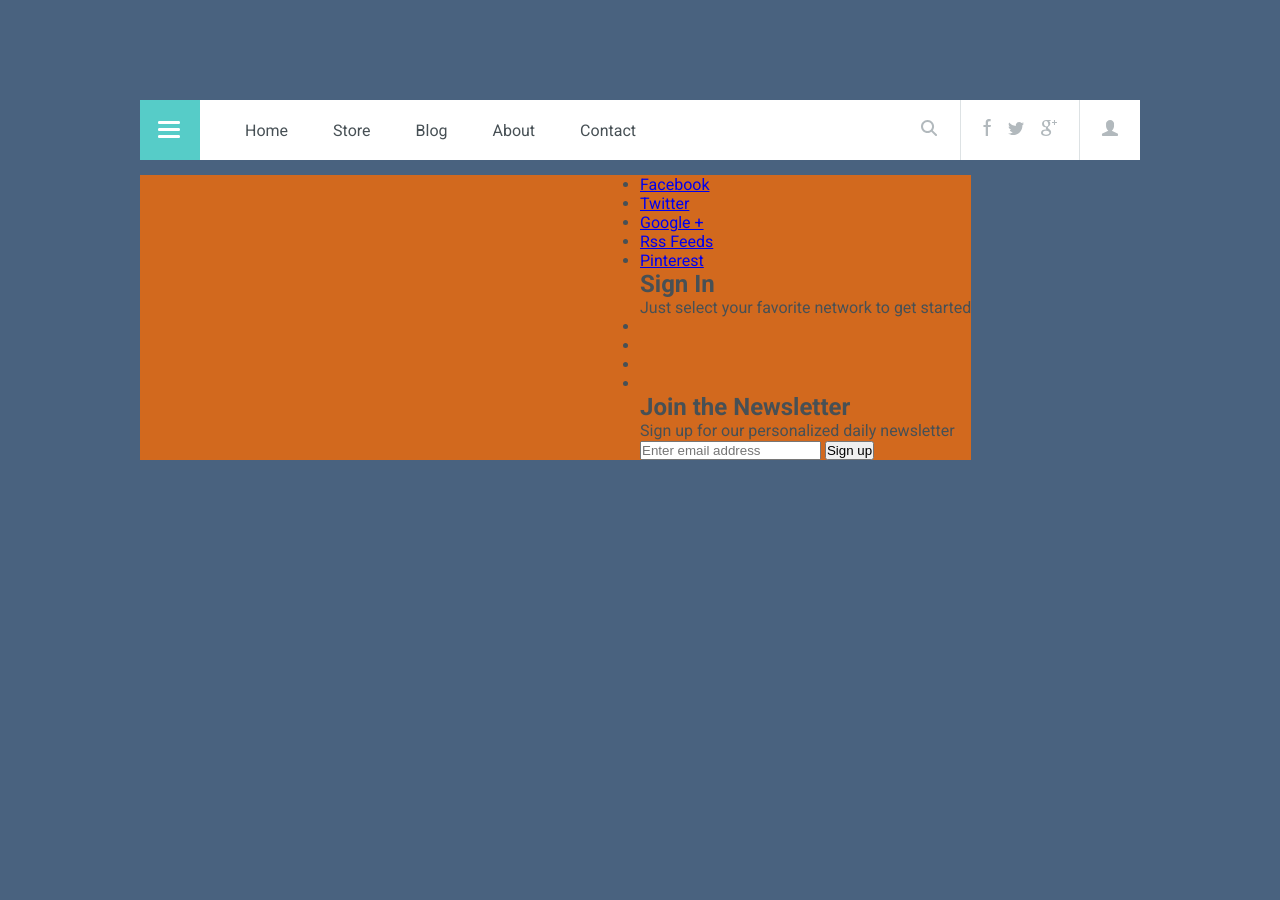
Repository: pawelczubak/WeeklyWebDevChallenge
Page: Challenge_4/index.html
These files come from the project's save history. The page is drawn as it stood at one moment and after the next save; the edit follows.
The browser window is 1280 px wide. The pictures show the whole page.
Some web libraries are served in a nearby version.

Above is the page before, as saved 2020-04-27 19:33:29.

### Challenge_4/index.html
<!DOCTYPE html>
<html lang="en">

<head>
    <meta charset="UTF-8">
    <meta name="viewport" content="width=device-width, initial-scale=1.0">

    <title>Weekly WebDev Challenge - 4</title>

    <link href="https://fonts.googleapis.com/css2?family=Roboto:wght@300;400;700&display=swap" rel="stylesheet">
    <script src="https://kit.fontawesome.com/f64caa1a2c.js" crossorigin="anonymous"></script>

    <meta name="viewport" content="width = device-width, initial-scale=1, user-scalable=yes">
    <link rel="stylesheet" href="css/main.css">
</head>

<body>
    <div class="container">
        <!--  -----  NAVIGATION START  -----  -->
        <nav class="nav">
            <div class="nav-button">

                <svg xmlns="http://www.w3.org/2000/svg" xmlns:xlink="http://www.w3.org/1999/xlink" width="0.24in"
                    height="0.18in">
                    <path fill-rule="evenodd" fill="rgb(255, 255, 255)"
                        d="M20.653,17.008 L1.347,17.008 C0.603,17.008 -0.000,16.417 -0.000,15.690 L-0.000,15.372 C-0.000,14.644 0.603,14.055 1.347,14.055 L20.653,14.055 C21.397,14.055 22.000,14.644 22.000,15.372 L22.000,15.690 C22.000,16.417 21.397,17.008 20.653,17.008 ZM20.653,9.980 L1.347,9.980 C0.603,9.980 -0.000,9.390 -0.000,8.662 L-0.000,8.344 C-0.000,7.617 0.603,7.027 1.347,7.027 L20.653,7.027 C21.397,7.027 22.000,7.617 22.000,8.344 L22.000,8.662 C22.000,9.390 21.397,9.980 20.653,9.980 ZM20.653,2.952 L1.347,2.952 C0.603,2.952 -0.000,2.362 -0.000,1.635 L-0.000,1.317 C-0.000,0.589 0.603,-0.001 1.347,-0.001 L20.653,-0.001 C21.397,-0.001 22.000,0.589 22.000,1.317 L22.000,1.635 C22.000,2.362 21.397,2.952 20.653,2.952 Z" />
                </svg>

            </div>
            <ul class="nav-list">
                <li class="nav-list__item"><a href="#" class="nav-list__link">Home</a></li>
                <li class="nav-list__item"><a href="#" class="nav-list__link">Store</a></li>
                <li class="nav-list__item"><a href="#" class="nav-list__link">Blog</a></li>
                <li class="nav-list__item"><a href="#" class="nav-list__link">About</a></li>
                <li class="nav-list__item"><a href="#" class="nav-list__link">Contact</a></li>
            </ul>
            <div class="nav-icons">
                <div class="nav-icons__search">
                    <a href="#" class="nav-link__icon">
                        <svg xmlns="http://www.w3.org/2000/svg" xmlns:xlink="http://www.w3.org/1999/xlink"
                            width="0.18in" height="0.17in">
                            <path class="nav-icons__svg" fill-rule="evenodd" fill="rgb(178, 185, 189)"
                                d="M15.728,14.309 L11.786,10.388 C12.600,9.303 13.088,7.963 13.088,6.504 C13.088,2.908 10.157,-0.006 6.541,-0.006 C2.926,-0.006 -0.005,2.908 -0.005,6.504 C-0.005,10.100 2.926,13.014 6.541,13.014 C7.963,13.014 9.275,12.558 10.349,11.793 L14.304,15.726 C14.697,16.117 15.335,16.117 15.728,15.726 C16.121,15.335 16.121,14.700 15.728,14.309 ZM6.541,11.011 C4.038,11.011 2.009,8.994 2.009,6.504 C2.009,4.015 4.038,1.996 6.541,1.996 C9.044,1.996 11.073,4.015 11.073,6.504 C11.073,8.994 9.044,11.011 6.541,11.011 Z" />
                        </svg>
                    </a>
                </div>
                <ul class="nav-icons__social-list">
                    <li class="nav-icons__social-icons">
                        <a href="#" class="nav-link__icon">
                            <svg xmlns="http://www.w3.org/2000/svg" xmlns:xlink="http://www.w3.org/1999/xlink"
                                width="0.09in" height="0.18in">
                                <path class="nav-icons__svg" fill-rule="evenodd" fill="rgb(178, 185, 189)"
                                    d="M7.672,0.063 L6.069,0.063 C6.069,0.063 2.724,-0.188 2.724,3.338 C2.724,4.092 2.724,6.011 2.724,6.011 L0.453,6.011 L0.459,7.910 L2.723,7.910 L2.725,17.002 L5.000,17.002 L5.000,7.910 L7.507,7.910 L8.042,6.011 L5.013,6.011 L5.013,3.266 C5.013,3.266 4.988,2.341 6.072,2.341 L7.662,2.341 L7.672,0.063 Z" />
                            </svg>
                        </a>
                    </li>
                    <li class="nav-icons__social-icons">
                        <a href="#" class="nav-link__icon">
                            <svg xmlns="http://www.w3.org/2000/svg" xmlns:xlink="http://www.w3.org/1999/xlink"
                                width="0.17in" height="0.14in">
                                <path class="nav-icons__svg" fill-rule="evenodd" fill="rgb(178, 185, 189)"
                                    d="M16.027,1.547 C15.437,1.809 14.803,1.985 14.138,2.065 C14.817,1.659 15.338,1.015 15.584,0.250 C14.949,0.625 14.245,0.898 13.497,1.046 C12.897,0.408 12.043,0.009 11.097,0.009 C9.282,0.009 7.810,1.478 7.810,3.291 C7.810,3.547 7.839,3.799 7.895,4.039 C5.163,3.901 2.741,2.595 1.119,0.611 C0.837,1.095 0.674,1.658 0.674,2.259 C0.674,3.398 1.255,4.402 2.137,4.990 C1.598,4.974 1.091,4.825 0.648,4.579 C0.647,4.593 0.647,4.606 0.647,4.621 C0.647,6.211 1.781,7.537 3.285,7.838 C3.009,7.913 2.718,7.953 2.418,7.953 C2.207,7.953 2.000,7.933 1.800,7.894 C2.218,9.198 3.432,10.147 4.871,10.172 C3.746,11.053 2.328,11.578 0.788,11.578 C0.523,11.578 0.261,11.562 0.004,11.531 C1.459,12.462 3.187,13.006 5.043,13.006 C11.089,13.006 14.395,8.006 14.395,3.671 C14.395,3.529 14.393,3.387 14.387,3.246 C15.029,2.783 15.586,2.206 16.027,1.547 Z" />
                            </svg>
                        </a>
                    </li>
                    <li class="nav-icons__social-icons">
                        <a href="#" class="nav-link__icon">
                            <svg xmlns="http://www.w3.org/2000/svg" xmlns:xlink="http://www.w3.org/1999/xlink"
                                width="0.18in" height="0.18in">
                                <path class="nav-icons__svg" fill-rule="evenodd" fill="rgb(178, 185, 189)"
                                    d="M15.006,4.015 L15.006,5.999 L13.966,5.999 L13.966,4.015 L11.997,4.015 L11.997,3.013 L13.966,3.013 L13.966,0.971 L15.006,0.971 L15.006,3.013 L17.010,3.013 L17.010,4.015 L15.006,4.015 ZM8.900,2.055 C9.780,2.557 10.247,3.589 10.247,4.730 C10.247,5.777 9.666,6.620 8.845,7.259 C8.043,7.884 7.891,8.145 7.891,8.676 C7.891,9.129 8.849,9.803 9.290,10.132 C10.823,11.279 11.112,12.000 11.134,13.433 C11.162,15.338 9.199,17.001 6.054,17.001 C3.294,17.001 0.982,15.749 0.982,13.959 C0.982,11.258 2.897,10.385 5.657,10.385 C5.958,10.385 6.233,10.377 6.518,10.377 C6.141,10.013 5.836,9.697 5.836,9.144 C5.836,8.815 5.940,8.501 6.087,8.221 C5.938,8.231 5.785,8.241 5.627,8.241 C3.360,8.241 2.041,6.653 2.041,4.664 C2.041,2.715 4.050,0.969 6.459,0.969 C7.701,0.969 11.208,0.969 11.208,0.969 L10.147,2.055 L8.900,2.055 ZM6.121,11.642 C4.364,11.642 2.912,12.300 2.912,13.538 C2.912,14.799 4.207,15.828 5.999,15.828 C8.520,15.828 9.398,14.865 9.398,13.601 C9.398,13.449 9.394,13.295 9.341,13.156 C8.733,11.642 6.774,11.642 6.121,11.642 ZM8.249,4.923 C8.040,3.342 7.249,2.152 6.035,2.115 C4.820,2.079 3.755,3.182 3.966,4.764 C4.175,6.348 5.330,7.409 6.545,7.446 C7.760,7.481 8.458,6.507 8.249,4.923 Z" />
                            </svg>
                        </a>
                    </li>
                </ul>
                <div class="nav-icons__acount">
                    <a href="#" class="nav-link__icon">
                        <svg xmlns="http://www.w3.org/2000/svg" xmlns:xlink="http://www.w3.org/1999/xlink"
                            width="0.182in" height="0.18in">
                            <path class="nav-icons__svg" fill-rule="evenodd" fill="rgb(178, 185, 189)"
                                d="M15.993,17.030 L1.963,17.030 C1.394,17.030 0.932,16.569 0.932,15.999 L0.932,15.405 C0.932,14.535 1.963,14.374 1.963,14.374 L7.322,11.719 C5.880,10.561 5.056,8.283 5.056,7.156 L5.056,4.578 C5.056,2.871 6.903,0.969 9.181,0.969 C11.459,0.969 13.024,2.871 13.024,4.578 L13.024,7.156 C13.024,8.394 12.208,10.604 10.779,11.729 L15.993,14.374 C15.993,14.374 17.024,14.551 17.024,15.405 L17.024,15.999 C17.024,16.569 16.562,17.030 15.993,17.030 Z" />
                        </svg>
                    </a>
                </div>
            </div>
        </nav>

        <!--  -----  NAVIGATION END  -----  -->

        <!--  -----  MAIN START  -----  -->
        <main class="main">
            <!--  -----  MENU SECTION START  -----  -->
            <section class="menu-section"></section>
            <!--  -----  MENU SECTION END  -----  -->

            <!--  -----  SOCIAL SECTION START  -----  -->
            <section class="social-section">
                <article class="social-section__socials-container">
                    <ul class="socials-container__socials-list">
                        <li class="socials-container__socials-items">
                            <a href="#" class="socials-container__socials-link">Facebook</a>
                        </li>
                        <li class="socials-container__socials-items">
                            <a href="#" class="socials-container__socials-link">Twitter</a>
                        </li>
                        <li class="socials-container__socials-items">
                            <a href="#" class="socials-container__socials-link">Google +</a>
                        </li>
                        <li class="socials-container__socials-items">
                            <a href="#" class="socials-container__socials-link">Rss Feeds</a>
                        </li>
                        <li class="socials-container__socials-items">
                            <a href="#" class="socials-container__socials-link">Pinterest</a>
                        </li>
                    </ul>
                    <div class="socials-container__follow-items">
                        <div class="socials-container__facebook-widget"></div>
                        <div class="socials-container__twitter-widget"></div>
                    </div>
                </article>
                <article class="social-section__sign-in">
                    <h2 class="socials-container__header">Sign In</h2>
                    <p class="sign-in__paragraph">Just select your favorite network to get started</p>
                    <ul class="sign-in__list">
                        <li class="sign-in__item"><a href="#" class="sign-in__link"></a></li>
                        <li class="sign-in__item"><a href="#" class="sign-in__link"></a></li>
                        <li class="sign-in__item"><a href="#" class="sign-in__link"></a></li>
                        <li class="sign-in__item"><a href="#" class="sign-in__link"></a></li>
                    </ul>
                </article>
                <article class="social-section__newsletter">
                    <h2 class="socials-container__header">Join the Newsletter</h2>
                    <p class="newsletter__paragraph">Sign up for our personalized daily newsletter</p>
                    <form action="GET" class="newsletter__form">
                        <input placeholder="Enter email address" type="email" name="email" required
                            class="newsletter__input" autocomplete="off" />
                        <button class="newsletter__button" formenctype="multipart/form-data" type="submit">Sign
                            up</button>
                    </form>
                </article>
            </section>
            <!--  -----  SOCIAL SECTION END  -----  -->
        </main>
        <!--  -----  MAIN END  -----  -->


    </div>

    <script src="js/main.js" type="text/javascript"></script>
</body>

</html>

### Challenge_4/css/main.css
*,
*::after,
*::before {
    box-sizing: border-box;
    margin: 0;
    padding: 0;
}

/*------------------  GLOBAL START  ------------------*/
body {
    margin: 0;
    padding: 0;
    font: 16px 'Roboto', sans-serif;
    color: #475055;
    background-color: #49627f;
}

.container {
    max-width: 1000px;
    min-height: 700px;
    margin: 100px auto;
    overflow: hidden;
}

/*------------------  GLOBAL END  ------------------*/
/*------------------  NAV START  ------------------*/
.nav {
    position: relative;
    display: flex;
    justify-content: left;
    width: 100%;
    height: 60px;
    background-color: #ffffff;
    margin-bottom: 15px;
}

.nav-button {
    display: flex;
    align-items: center;
    justify-content: center;
    background-color: #56ccc8;
    width: 60px;
    cursor: pointer;
    pointer-events: none;
}

.nav-button:hover {
    background-color: #56ddd8;
}

.nav-list {
    display: flex;
    list-style: none;

}

.nav-list__item {
    padding-left: 45px;
    display: flex;
    align-items: center
}

.nav-list__link {
    text-decoration: none;
    color: #475055;
}

.nav-list__link:hover {
    color: #56ccc8;
}

.nav-icons {
    display: flex;
    align-items: center;
    margin-left: auto;
}

.nav-icons__search {
    width: 60px;
    display: flex;
    justify-content: center;
}

.nav-link__icon {}

.nav-icons__social-list {
    position: relative;
    display: flex;
    height: 100%;
    justify-content: space-around;
    align-items: center;
    width: 120px;
    padding: 0 15px;
}

.nav-icons__social-list::before,
.nav-icons__social-list::after {
    position: absolute;
    content: '';
    top: 0;
    height: 100%;
    width: 1px;
    background-color: #dde2e4;
}

.nav-icons__social-list::after {
    left: 0;
}

.nav-icons__social-list::before {
    right: 0;
}

.nav-icons__social-icons {
    list-style: none;
}

.nav-icons__acount {
    width: 60px;
    display: flex;
    justify-content: center;
}

.nav-link__icon:hover .nav-icons__svg {
    fill: #152840;
}

/*------------------  NAV END  ------------------*/
/*------------------  MAIN START  ------------------*/
.main {
    display: flex;

    width: 100%;

}

/*------------------  MENU SECTION START  ------------------*/
.menu-section {
    width: 50%;
    /*    !!!!!!!!!!  ONLY FOR TEST !!!!!! */
    heignt: 500px;
    background-color: chocolate;
}

/*------------------  MENU SECTION END  ------------------*/
/*------------------  SOCIAL SECTION START  ------------------*/
.social-section {
    background-color: chocolate;

}

/*------------------  SOCIAL SECTION END  ------------------*/

/*------------------  MAIN END  ------------------*/

/*------------------  MEDIAQUERY START  ------------------*/

@media screen and (max-width: 1024px) {
    .container {
        max-width: 95%;
    }
}

@media screen and (max-width: 800px) {
    .container {
        margin: 15px auto;
    }

    /*------------------  NAV START  ------------------*/
    .nav-button {
        pointer-events: all;
    }

    .nav-list {
        position: absolute;
        flex-direction: column;
        background-color: #ffffff;
        width: 50%;
        top: 60px;
        left: 0;
        height: 500px;
        justify-content: space-around;
        align-items: center;
        transform: translateX(-101%);
        transition: all 0.2s ease-in;
    }

    .nav-list__item {
        opacity: 0;
        padding: 0;
    }

    /*------------------  NAV END  ------------------*/
}

.nav-list--active {
    transform: translateX(0%);
}

/*------------------  MEDIAQUERY END  ------------------*/

/*------------------  ANIMATIONS  ------------------*/
@keyframes navLinkFade {
    from {
        opacity: 0;
        transform: translateX(-50px);
    }

    to {
        opacity: 1;
        transform: translateX(0px);
    }
}

### Challenge_4/js/main.js
const navSlide = () => {
    const burger = document.querySelector('.nav-button');
    const nav = document.querySelector('.nav-list');
    const navLinks = document.querySelectorAll('.nav-list__item');



    burger.addEventListener('click', () => {
        //Toggle nav
        nav.classList.toggle('nav-list--active');

        //Animate links
        navLinks.forEach((link, index) => {
            if (link.style.animation) {
                link.style.animation = ''
            } else {
                link.style.animation = `navLinkFade 0.5s ease forwards ${index / 7 + 0.2}s`;
            }

        });
    });


}

navSlide();

After the next save:
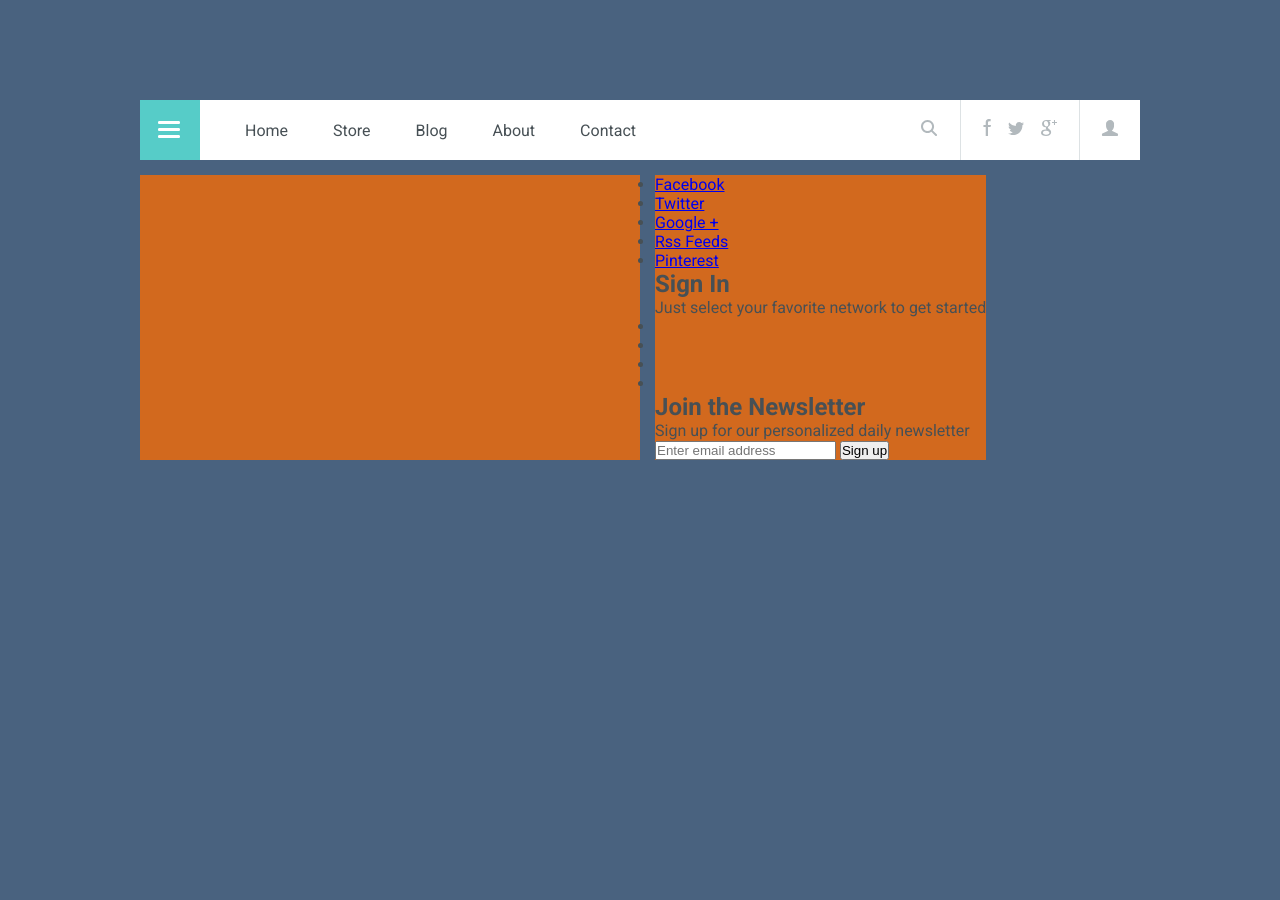
Saved 75 s later.
--- a/Challenge_4/css/main.css
+++ b/Challenge_4/css/main.css
@@ -145,6 +145,7 @@ body {
 /*------------------  MENU SECTION END  ------------------*/
 /*------------------  SOCIAL SECTION START  ------------------*/
 .social-section {
+    margin-left: 15px;
     background-color: chocolate;
 
 }
